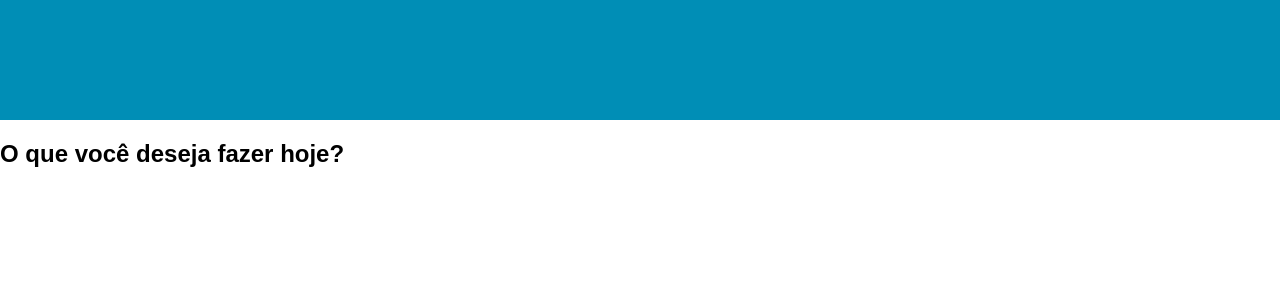
Repository: vitorrausis/Projeto_Final_TrilhaWeb
Page: ProjetoWebJava-main/ProjetoTrilhaWeb/src/main/webapp/pages/admin/index.html
These files come from the project's save history. The page is drawn as it stood at one moment and after the next save; the edit follows.
The browser window is 1280 px wide. The pictures show the whole page.
The page's requests for data from a server got no answer.

Above is the page before, as saved 2024-03-25 22:16:47.

### ProjetoWebJava-main/ProjetoTrilhaWeb/src/main/webapp/pages/admin/index.html
<!DOCTYPE html>
<html lang="pt-br">
<head>
    <meta charset="UTF-8">
    <meta name="viewport" content="width=device-width, initial-scale=1.0">
    <title>Coldigos Geladeiras - Administração</title>
    <link href="../../css/admin.css" rel="stylesheet" type="text/css">
    <script src="https://code.jquery.com/jquery-3.7.1.min.js" integrity="sha256-/JqT3SQfawRcv/BIHPThkBvs0OEvtFFmqPF/lYI/Cxo=" crossorigin="anonymous"></script>
    <script src="../../js/admin.js"></script>
</head>
<body>
    <header>
    </header>
    <section>
  		<h2>O que você deseja fazer hoje?</h2>
    </section>
    <footer>
    </footer>
</body>
</html>

### ProjetoWebJava-main/ProjetoTrilhaWeb/src/main/webapp/css/admin.css
@charset "UTF-8";

body{
	margin: 0 auto;
	font-family: "Century Gothic", sans-serif;
}

header{
    height: 120px;
    background-color: #008eb6;
    position: -webkit-sticky;
    position: sticky;
    top: 0px;
}
header img{
    float: left;
    height: 100px;
    width: 100px;
    margin: 10px;
}
header h1{
    float: left;
    margin: 30px 0 15px 30px;
    font-size: 40px;
    color: #ffffff;
}

nav{
    clear: both;
    width: 70%;
    display: inline-block;
    margin: 0px auto;
}
nav a{
    color: white;
    font-weight: bold;
    letter-spacing: 1px;
    text-decoration: none;
    text-align: center;
}
nav .opcao{
    float: left;
    width: 19%;
    background-color: #005f89;
    margin: 0 0.5%;
    font-size: 16px;
}
nav .opcao:hover{
    background-color: #83afd3;
}

.dropdown{
    position: relative;
    display: inline-block;
}
.dropdown-content{
    display: none;
    position: absolute;
    background-color: #005f89;
    z-index: 1;
    width: 100%;
}
.dropdown-content a{
    display: block;
}
.dropdown-content a:hover{
    background-color: #83afd3;
}
.dropdown:hover .dropdown-content{
    display: block;
}

### ProjetoWebJava-main/ProjetoTrilhaWeb/src/main/webapp/js/admin.js
$(document).ready(function(){
	$("header").load("http://localhost:8085/ProjetoTrilhaWeb/pages/admin/general/header.html");
	$("header").load("http://localhost:8085/ProjetoTrilhaWeb/pages/admin/general/footer.html");

})

After the next save:
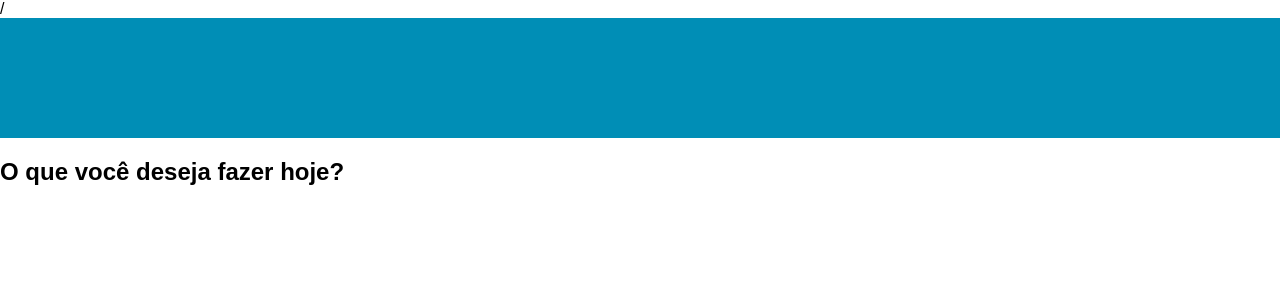
Saved 5 min 51 s later.
--- a/ProjetoWebJava-main/ProjetoTrilhaWeb/src/main/webapp/pages/admin/index.html
+++ b/ProjetoWebJava-main/ProjetoTrilhaWeb/src/main/webapp/pages/admin/index.html
@@ -2,7 +2,10 @@
 <html lang="pt-br">
 <head>
     <meta charset="UTF-8">
-    <meta name="viewport" content="width=device-width, initial-scale=1.0">
+    <meta name="description" content="Administração do Site da Coldigo Geladeiras">
+    <meta name="keywords" content="Geladeiras, Frost-Free, Refrigeração">
+    <meta name="author" content="Escola Sistemica">
+    <meta name="viewport" content="width=device-width, initial-scale=1.0">/
     <title>Coldigos Geladeiras - Administração</title>
     <link href="../../css/admin.css" rel="stylesheet" type="text/css">
     <script src="https://code.jquery.com/jquery-3.7.1.min.js" integrity="sha256-/JqT3SQfawRcv/BIHPThkBvs0OEvtFFmqPF/lYI/Cxo=" crossorigin="anonymous"></script>

After the save that followed:
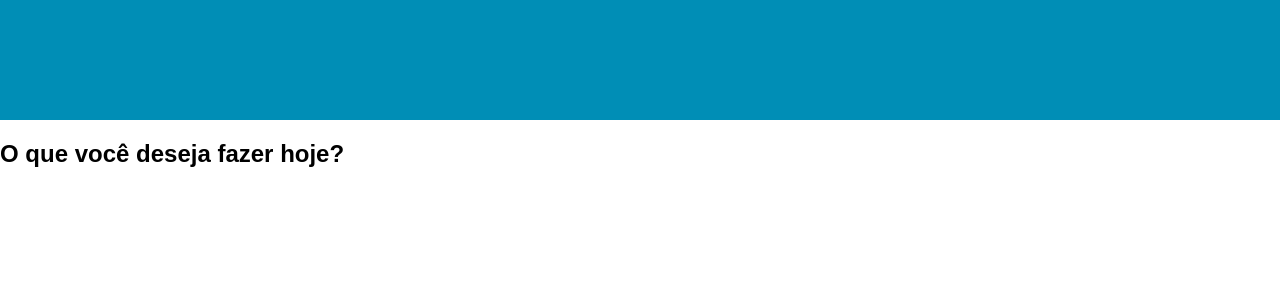
Saved 55 s later.
--- a/ProjetoWebJava-main/ProjetoTrilhaWeb/src/main/webapp/pages/admin/index.html
+++ b/ProjetoWebJava-main/ProjetoTrilhaWeb/src/main/webapp/pages/admin/index.html
@@ -5,7 +5,7 @@
     <meta name="description" content="Administração do Site da Coldigo Geladeiras">
     <meta name="keywords" content="Geladeiras, Frost-Free, Refrigeração">
     <meta name="author" content="Escola Sistemica">
-    <meta name="viewport" content="width=device-width, initial-scale=1.0">/
+    <meta name="viewport" content="width=device-width, initial-scale=1.0">
     <title>Coldigos Geladeiras - Administração</title>
     <link href="../../css/admin.css" rel="stylesheet" type="text/css">
     <script src="https://code.jquery.com/jquery-3.7.1.min.js" integrity="sha256-/JqT3SQfawRcv/BIHPThkBvs0OEvtFFmqPF/lYI/Cxo=" crossorigin="anonymous"></script>
